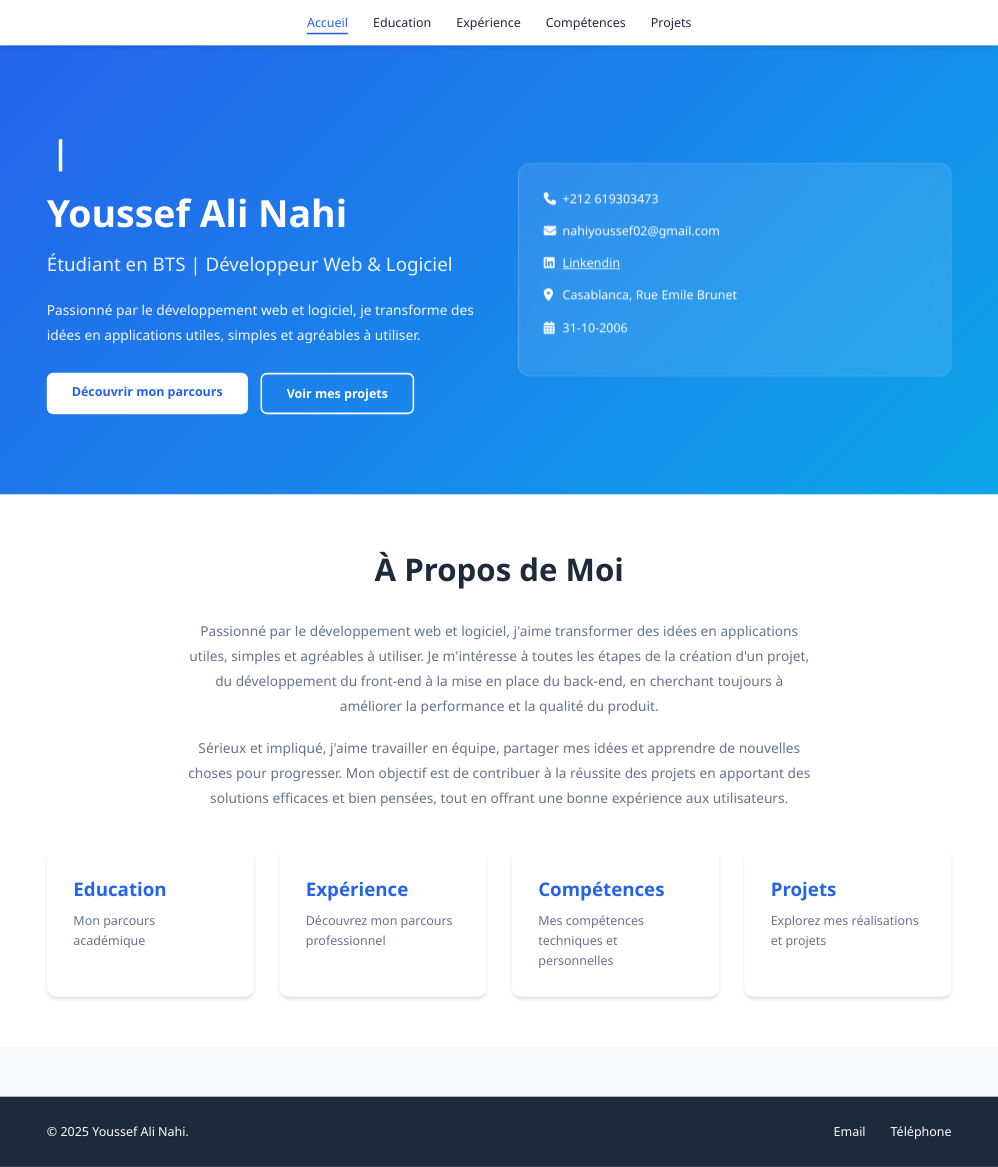
Repository: Youssef-Nahi504/My_Portfolio
Page: index.html
These files come from the project's save history. The page is drawn as it stood at one moment and after the next save; the edit follows.
The browser window is 1280 px wide. The pictures show the whole page, at 78% of full size.

Above is the page before, as saved 2025-12-21 13:58:35.

### index.html
<!DOCTYPE html>
<html lang="fr">

<head>
    <meta charset="UTF-8">
    <meta name="viewport" content="width=device-width, initial-scale=1.0">
    <title>Youssef Ali Nahi - Portfolio</title>
    <link rel="stylesheet" href="style.css">
    <link rel="stylesheet" href="https://cdnjs.cloudflare.com/ajax/libs/font-awesome/6.5.1/css/all.min.css">
</head>

<body>
    <nav class="navbar">
        <div class="nav-container">
            <ul class="nav-menu">
                <li><a href="index.html" class="active">Accueil</a></li>
                <li><a href="Education.html">Education</a></li>
                <li><a href="experience.html">Expérience</a></li>
                <li><a href="competences.html">Compétences</a></li>
                <li><a href="projets.html">Projets</a></li>
            </ul>
        </div>
    </nav>

    <main>
        <section class="hero">
            <div class="hero-content">
                <div class="hero-text">
                    <h1 id="typing-text"></h1>
                    <h1>Youssef Ali Nahi</h1>
                    <h2>Étudiant en BTS | Développeur Web & Logiciel</h2>
                    <p class="hero-subtitle">Passionné par le développement web et logiciel, je transforme des idées en
                        applications utiles, simples et agréables à utiliser.</p>
                    <div class="hero-buttons">
                        <a href="experience.html" class="btn btn-primary">Découvrir mon parcours</a>
                        <a href="projets.html" class="btn btn-secondary">Voir mes projets</a>
                    </div>
                </div>
                <div class="hero-image">
                    <div class="profile-card">
                        <div class="profile-info">
                            <p><i class="fa-solid fa-phone" style="width: 20px;"></i> +212 619303473</p>
                            <p> <i class="fa-solid fa-envelope" style="width: 20px;"></i> nahiyoussef02@gmail.com</p>
                            <p><i class="fa-brands fa-linkedin" style="width: 20px;"></i> <a href="https://www.linkedin.com/in/youssefalinahi02/" target="_blank" style="color: white;">Linkendin</a></p>
                            <p><i class="fa-solid fa-location-dot" style="width: 20px;"></i> Casablanca, Rue Emile Brunet</p>
                            <p><i class="fa-solid fa-calendar-days" style="width: 20px;"></i> 31-10-2006</p>

                        </div>
                    </div>
                </div>
            </div>
        </section>

        <section class="about">
            <div class="container">
                <h2 class="section-title">À Propos de Moi</h2>
                <div class="about-content">
                    <p>
                        Passionné par le développement web et logiciel, j'aime transformer des idées en applications
                        utiles, simples et agréables à utiliser. Je m'intéresse à toutes les étapes de la création d'un
                        projet, du développement du front-end à la mise en place du back-end, en cherchant toujours à
                        améliorer la performance et la qualité du produit.
                    </p>
                    <p>
                        Sérieux et impliqué, j'aime travailler en équipe, partager mes idées et apprendre de nouvelles
                        choses pour progresser. Mon objectif est de contribuer à la réussite des projets en apportant
                        des solutions efficaces et bien pensées, tout en offrant une bonne expérience aux utilisateurs.
                    </p>
                </div>
                <div class="quick-links">
                    <a href="Education.html" class="quick-link-card">
                        <h3>Education</h3>
                        <p>Mon parcours académique</p>
                    </a>

                    <a href="experience.html" class="quick-link-card">
                        <h3>Expérience</h3>
                        <p>Découvrez mon parcours professionnel</p>
                    </a>
                    <a href="competences.html" class="quick-link-card">
                        <h3>Compétences</h3>
                        <p>Mes compétences techniques et personnelles</p>
                    </a>
                    <a href="projets.html" class="quick-link-card">
                        <h3>Projets</h3>
                        <p>Explorez mes réalisations et projets</p>
                    </a>
                </div>
            </div>
        </section>
    </main>

    <footer>
        <div class="container">
            <p>&copy; 2025 Youssef Ali Nahi.</p>
            <div class="footer-links">
                <a href="mailto:nahiyoussef02@gmail.com">Email</a>
                <a href="tel:+212619303473">Téléphone</a>
            </div>
        </div>
    </footer>

    <script src="file.js"></script>
</body>

</html>

### style.css
* {
    margin: 0;
    padding: 0;
    box-sizing: border-box;
}

:root {
    --primary-color: #2563eb;
    --primary-dark: #1e40af;
    --secondary-color: #64748b;
    --accent-color: #0ea5e9;
    --text-dark: #1e293b;
    --text-light: #64748b;
    --bg-light: #f8fafc;
    --bg-white: #ffffff;
    --border-color: #e2e8f0;
    --shadow: 0 4px 6px -1px rgba(0, 0, 0, 0.1), 0 2px 4px -1px rgba(0, 0, 0, 0.06);
    --shadow-lg: 0 10px 15px -3px rgba(0, 0, 0, 0.1), 0 4px 6px -2px rgba(0, 0, 0, 0.05);
}

body {
    font-family: 'Segoe UI', Tahoma, Geneva, Verdana, sans-serif;
    line-height: 1.6;
    color: var(--text-dark);
    background-color: var(--bg-light);
}

.container {
    max-width: 1200px;
    margin: 0 auto;
    padding: 0 20px;
}

/* Navigation */
.navbar {
    background: var(--bg-white);
    box-shadow: var(--shadow);
    position: sticky;
    top: 0;
    z-index: 1000;
    padding: 1rem 0;
}

.nav-container {
    max-width: 1200px;
    margin: 0 auto;
    padding: 0 20px;
    display: flex;
  justify-content: center; /* horizontal */
  align-items: center;
}

.logo {
    font-size: 1.5rem;
    font-weight: bold;
    color: var(--primary-color);
    letter-spacing: 2px;
}

.nav-menu {
    display: flex;
    list-style: none;
    gap: 2rem;
}

.nav-menu a {
    text-decoration: none;
    color: var(--text-dark);
    font-weight: 500;
    transition: color 0.3s ease;
    position: relative;
}

.nav-menu a:hover,
.nav-menu a.active {
    color: var(--primary-color);
}

.nav-menu a.active::after {
    content: '';
    position: absolute;
    bottom: -5px;
    left: 0;
    width: 100%;
    height: 2px;
    background: var(--primary-color);
}

.hamburger {
    display: none;
    flex-direction: column;
    cursor: pointer;
    gap: 4px;
}

.hamburger span {
    width: 25px;
    height: 3px;
    background: var(--text-dark);
    transition: all 0.3s ease;
}

/* Hero Section */
.hero {
    background: linear-gradient(135deg, var(--primary-color) 0%, var(--accent-color) 100%);
    color: white;
    padding: 4rem 0;
    min-height: 80vh;
    display: flex;
    align-items: center;
}

.hero-content {
    max-width: 1200px;
    margin: 0 auto;
    padding: 0 20px;
    display: grid;
    grid-template-columns: 1fr 1fr;
    gap: 3rem;
    align-items: center;
}

#typing-text {
  font-size: 42px;
  font-weight: 700;
  color: #ffffff;
  min-height: 60px;
}

#typing-text::after {
  content: "|";
  margin-left: 6px;
  animation: blink 1s infinite;
}

@keyframes blink {
  0%, 50%, 100% { opacity: 1; }
  25%, 75% { opacity: 0; }
}

.hero-text h1 {
    font-size: 3rem;
    margin-bottom: 0.5rem;
    font-weight: 700;
}

.hero-text h2 {
    font-size: 1.5rem;
    margin-bottom: 1.5rem;
    opacity: 0.9;
    font-weight: 400;
}

.hero-subtitle {
    font-size: 1.1rem;
    margin-bottom: 2rem;
    opacity: 0.95;
    line-height: 1.8;
}

.hero-buttons {
    display: flex;
    gap: 1rem;
    flex-wrap: wrap;
}

.btn {
    padding: 0.75rem 2rem;
    border-radius: 8px;
    text-decoration: none;
    font-weight: 600;
    transition: all 0.3s ease;
    display: inline-block;
}

.btn-primary {
    background: white;
    color: var(--primary-color);
}

.btn-primary:hover {
    transform: translateY(-2px);
    box-shadow: var(--shadow-lg);
}

.btn-secondary {
    background: transparent;
    color: white;
    border: 2px solid white;
}

.btn-secondary:hover {
    background: white;
    color: var(--primary-color);
}

.profile-card {
    background: rgba(255, 255, 255, 0.1);
    backdrop-filter: blur(10px);
    border-radius: 16px;
    padding: 2rem;
    border: 1px solid rgba(255, 255, 255, 0.2);
}

.profile-info p {
    margin-bottom: 1rem;
    font-size: 1rem;
}

.profile-info strong {
    display: inline-block;
    width: 150px;
}

/* About Section */
.about {
    padding: 4rem 0;
    background: var(--bg-white);
}

.section-title {
    font-size: 2.5rem;
    margin-bottom: 2rem;
    text-align: center;
    color: var(--text-dark);
}

.about-content {
    max-width: 800px;
    margin: 0 auto 3rem;
    text-align: center;
}

.about-content p {
    font-size: 1.1rem;
    color: var(--text-light);
    margin-bottom: 1.5rem;
    line-height: 1.8;
}

.quick-links {
    display: grid;
    grid-template-columns: repeat(auto-fit, minmax(250px, 1fr));
    gap: 2rem;
    margin-top: 3rem;
}

.quick-link-card {
    background: var(--bg-white);
    padding: 2rem;
    border-radius: 12px;
    text-decoration: none;
    color: var(--text-dark);
    box-shadow: var(--shadow);
    transition: all 0.3s ease;
    border: 2px solid transparent;
}

.quick-link-card:hover {
    transform: translateY(-5px);
    box-shadow: var(--shadow-lg);
    border-color: var(--primary-color);
}

.quick-link-card h3 {
    color: var(--primary-color);
    margin-bottom: 0.5rem;
    font-size: 1.5rem;
}

.quick-link-card p {
    color: var(--text-light);
}

/* Page Header */
.page-header {
    background: linear-gradient(135deg, var(--primary-color) 0%, var(--accent-color) 100%);
    color: white;
    padding: 3rem 0;
    text-align: center;
}

.page-header h1 {
    font-size: 3rem;
    margin-bottom: 0.5rem;
}

.page-header p {
    font-size: 1.2rem;
    opacity: 0.9;
}

/* Experience Section */
.experience-section {
    padding: 4rem 0;
    background: var(--bg-white);
}

.timeline {
    position: relative;
    max-width: 900px;
    margin: 0 auto;
    padding: 2rem 0;
}

.timeline::before {
    content: '';
    position: absolute;
    left: 30px;
    top: 0;
    bottom: 0;
    width: 2px;
    background: var(--border-color);
}

.timeline-item {
    position: relative;
    margin-bottom: 3rem;
    padding-left: 80px;
}

.timeline-marker {
    position: absolute;
    left: 22px;
    top: 0;
    width: 16px;
    height: 16px;
    border-radius: 50%;
    background: var(--primary-color);
    border: 4px solid var(--bg-white);
    box-shadow: var(--shadow);
}

.timeline-content {
    background: var(--bg-white);
    padding: 2rem;
    border-radius: 12px;
    box-shadow: var(--shadow);
    transition: all 0.3s ease;
}

.timeline-content:hover {
    box-shadow: var(--shadow-lg);
    transform: translateX(5px);
}

.timeline-date {
    color: var(--primary-color);
    font-weight: 600;
    margin-bottom: 0.5rem;
    font-size: 0.9rem;
}

.timeline-content h3 {
    color: var(--text-dark);
    margin-bottom: 0.25rem;
    font-size: 1.5rem;
}

.timeline-content h4 {
    color: var(--text-light);
    margin-bottom: 1rem;
    font-weight: 500;
}

.timeline-content ul {
    list-style: none;
    padding-left: 0;
}

.timeline-content li {
    padding-left: 1.5rem;
    position: relative;
    margin-bottom: 0.5rem;
    color: var(--text-light);
}

.timeline-content li::before {
    content: '▸';
    position: absolute;
    left: 0;
    color: var(--primary-color);
}

/* Education Section */
.education-section {
    padding: 4rem 0;
    background: var(--bg-light);
}

.education-grid {
    display: grid;
    grid-template-columns: repeat(auto-fit, minmax(300px, 1fr));
    gap: 2rem;
    max-width: 900px;
    margin: 0 auto;
}

.education-card {
    background: var(--bg-white);
    padding: 2rem;
    border-radius: 12px;
    box-shadow: var(--shadow);
    transition: all 0.3s ease;
    border-top: 4px solid var(--primary-color);
}

.education-card:hover {
    transform: translateY(-5px);
    box-shadow: var(--shadow-lg);
}

.education-year {
    color: var(--primary-color);
    font-weight: 600;
    margin-bottom: 1rem;
    font-size: 0.9rem;
}

.education-card h3 {
    color: var(--text-dark);
    margin-bottom: 0.5rem;
    font-size: 1.3rem;
}

.education-card h4 {
    color: var(--text-light);
    margin-bottom: 1rem;
    font-weight: 500;
}

.education-institution {
    color: var(--text-light);
    font-style: italic;
}

/* Skills Section */
.skills-section {
    padding: 4rem 0;
    background: var(--bg-white);
}

.skills-category {
    margin-bottom: 4rem;
}

.category-title {
    font-size: 2rem;
    margin-bottom: 2rem;
    color: var(--text-dark);
    text-align: center;
}

.skills-grid {
    display: grid;
    grid-template-columns: repeat(auto-fit, minmax(250px, 1fr));
    gap: 2rem;
}

.skill-group {
    background: var(--bg-light);
    padding: 1.5rem;
    border-radius: 12px;
    border-top: 4px solid var(--primary-color);
}

.skill-group h3 {
    color: var(--text-dark);
    margin-bottom: 1rem;
    font-size: 1.2rem;
}

.skill-tags {
    display: flex;
    flex-wrap: wrap;
    gap: 0.5rem;
}

.skill-tag {
    background: transparent;
    color: var(--text-light);
    padding: 0;
    border-radius: 0;
    font-size: 1rem;
    font-weight: 500;
}

.soft-skills-grid {
    display: grid;
    grid-template-columns: repeat(auto-fit, minmax(200px, 1fr));
    gap: 1.5rem;
}

.soft-skill-card {
    background: linear-gradient(135deg, var(--primary-color) 0%, var(--accent-color) 100%);
    color: white;
    padding: 2rem;
    border-radius: 12px;
    text-align: center;
    transition: all 0.3s ease;
}

.soft-skill-card:hover {
    transform: translateY(-5px);
    box-shadow: var(--shadow-lg);
}

.soft-skill-card h3 {
    font-size: 1.2rem;
}

.languages-grid,
.interests-grid {
    display: grid;
    grid-template-columns: repeat(auto-fit, minmax(200px, 1fr));
    gap: 1.5rem;
}

.language-card,
.interest-card {
    background: var(--bg-white);
    padding: 2rem;
    border-radius: 12px;
    box-shadow: var(--shadow);
    text-align: center;
    transition: all 0.3s ease;
    border-top: 4px solid var(--primary-color);
}

.language-card:hover,
.interest-card:hover {
    transform: translateY(-5px);
    box-shadow: var(--shadow-lg);
}

.language-card h3,
.interest-card h3 {
    color: var(--text-dark);
    margin-bottom: 0.5rem;
    font-size: 1.3rem;
}

.language-card p {
    color: var(--text-light);
    font-weight: 500;
}

/* Projects Section */
.projects-section {
    padding: 4rem 0;
    background: var(--bg-white);
}

.projects-grid {
    display: grid;
    grid-template-columns: repeat(auto-fit, minmax(300px, 1fr));
    gap: 2rem;
}

.project-card {
    background: var(--bg-white);
    padding: 2rem;
    border-radius: 12px;
    box-shadow: var(--shadow);
    transition: all 0.3s ease;
    border-top: 4px solid var(--primary-color);
    position: relative;
}

.project-badge {
    position: absolute;
    top: 1rem;
    right: 1rem;
    background: linear-gradient(135deg, var(--primary-color) 0%, var(--accent-color) 100%);
    color: white;
    padding: 0.4rem 0.8rem;
    border-radius: 20px;
    font-size: 0.75rem;
    font-weight: 600;
    text-transform: uppercase;
    letter-spacing: 0.5px;
}

.project-card:hover {
    transform: translateY(-5px);
    box-shadow: var(--shadow-lg);
}

.project-icon {
    font-size: 3rem;
    margin-bottom: 1rem;
}

.project-card h3 {
    color: var(--text-dark);
    margin-bottom: 0.75rem;
    font-size: 1.4rem;
}

.project-tech {
    color: var(--primary-color);
    font-weight: 600;
    margin-bottom: 1rem;
    font-size: 0.9rem;
}

.project-description {
    color: var(--text-light);
    line-height: 1.7;
}

/* Footer */
footer {
    background: var(--text-dark);
    color: white;
    padding: 2rem 0;
    margin-top: 4rem;
}

footer .container {
    display: flex;
    justify-content: space-between;
    align-items: center;
    flex-wrap: wrap;
    gap: 1rem;
}

.footer-links {
    display: flex;
    gap: 2rem;
}

.footer-links a {
    color: white;
    text-decoration: none;
    transition: color 0.3s ease;
}

.footer-links a:hover {
    color: var(--accent-color);
}

/* Responsive Design */
@media (max-width: 768px) {
    .hamburger {
        display: flex;
    }

    .nav-menu {
        position: fixed;
        left: -100%;
        top: 70px;
        flex-direction: column;
        background: var(--bg-white);
        width: 100%;
        text-align: center;
        transition: 0.3s;
        box-shadow: var(--shadow);
        padding: 2rem 0;
        gap: 0;
    }

    .nav-menu.active {
        left: 0;
    }

    .nav-menu li {
        margin: 1rem 0;
    }

    .hero-content {
        grid-template-columns: 1fr;
        text-align: center;
    }

    .hero-text h1 {
        font-size: 2rem;
    }

    .hero-text h2 {
        font-size: 1.2rem;
    }

    .section-title {
        font-size: 2rem;
    }

    .page-header h1 {
        font-size: 2rem;
    }

    .timeline::before {
        left: 15px;
    }

    .timeline-item {
        padding-left: 50px;
    }

    .timeline-marker {
        left: 7px;
    }

    .quick-links {
        grid-template-columns: 1fr;
    }

    footer .container {
        flex-direction: column;
        text-align: center;
    }
}

@media (max-width: 480px) {
    .hero {
        padding: 2rem 0;
        min-height: auto;
    }

    .hero-text h1 {
        font-size: 1.5rem;
    }

    .btn {
        padding: 0.6rem 1.5rem;
        font-size: 0.9rem;
    }

    .projects-grid,
    .education-grid {
        grid-template-columns: 1fr;
    }
}

### file.js
// Mobile Navigation Toggle
const hamburger = document.querySelector('.hamburger');
const navMenu = document.querySelector('.nav-menu');

if (hamburger && navMenu) {
    hamburger.addEventListener('click', () => {
        navMenu.classList.toggle('active');

        // Animate hamburger
        const spans = hamburger.querySelectorAll('span');
        if (navMenu.classList.contains('active')) {
            spans[0].style.transform = 'rotate(45deg) translate(5px, 5px)';
            spans[1].style.opacity = '0';
            spans[2].style.transform = 'rotate(-45deg) translate(7px, -6px)';
        } else {
            spans[0].style.transform = 'none';
            spans[1].style.opacity = '1';
            spans[2].style.transform = 'none';
        }
    });

    // Close menu when clicking on a link
    document.querySelectorAll('.nav-menu a').forEach(link => {
        link.addEventListener('click', () => {
            navMenu.classList.remove('active');
            const spans = hamburger.querySelectorAll('span');
            spans[0].style.transform = 'none';
            spans[1].style.opacity = '1';
            spans[2].style.transform = 'none';
        });
    });

    // Close menu when clicking outside
    document.addEventListener('click', (e) => {
        if (!hamburger.contains(e.target) && !navMenu.contains(e.target)) {
            navMenu.classList.remove('active');
            const spans = hamburger.querySelectorAll('span');
            spans[0].style.transform = 'none';
            spans[1].style.opacity = '1';
            spans[2].style.transform = 'none';
        }
    });
}

// Smooth scroll for anchor links
document.querySelectorAll('a[href^="#"]').forEach(anchor => {
    anchor.addEventListener('click', function (e) {
        e.preventDefault();
        const target = document.querySelector(this.getAttribute('href'));
        if (target) {
            target.scrollIntoView({
                behavior: 'smooth',
                block: 'start'
            });
        }
    });
});

// Add scroll animation
const observerOptions = {
    threshold: 0.1,
    rootMargin: '0px 0px -50px 0px'
};

const observer = new IntersectionObserver((entries) => {
    entries.forEach(entry => {
        if (entry.isIntersecting) {
            entry.target.style.opacity = '1';
            entry.target.style.transform = 'translateY(0)';
        }
    });
}, observerOptions);

// Observe elements for animation
document.addEventListener('DOMContentLoaded', () => {
    const animateElements = document.querySelectorAll('.project-card, .education-card, .timeline-item, .skill-group, .soft-skill-card, .language-card, .interest-card, .quick-link-card');

    animateElements.forEach(el => {
        el.style.opacity = '0';
        el.style.transform = 'translateY(20px)';
        el.style.transition = 'opacity 0.6s ease, transform 0.6s ease';
        observer.observe(el);
    });
});

// Add active page highlighting
document.addEventListener('DOMContentLoaded', () => {
    const currentPage = window.location.pathname.split('/').pop() || 'index.html';
    const navLinks = document.querySelectorAll('.nav-menu a');

    navLinks.forEach(link => {
        const linkPage = link.getAttribute('href');
        if (linkPage === currentPage || (currentPage === '' && linkPage === 'index.html')) {
            link.classList.add('active');
        } else {
            link.classList.remove('active');
        }
    });
});

After the next save:
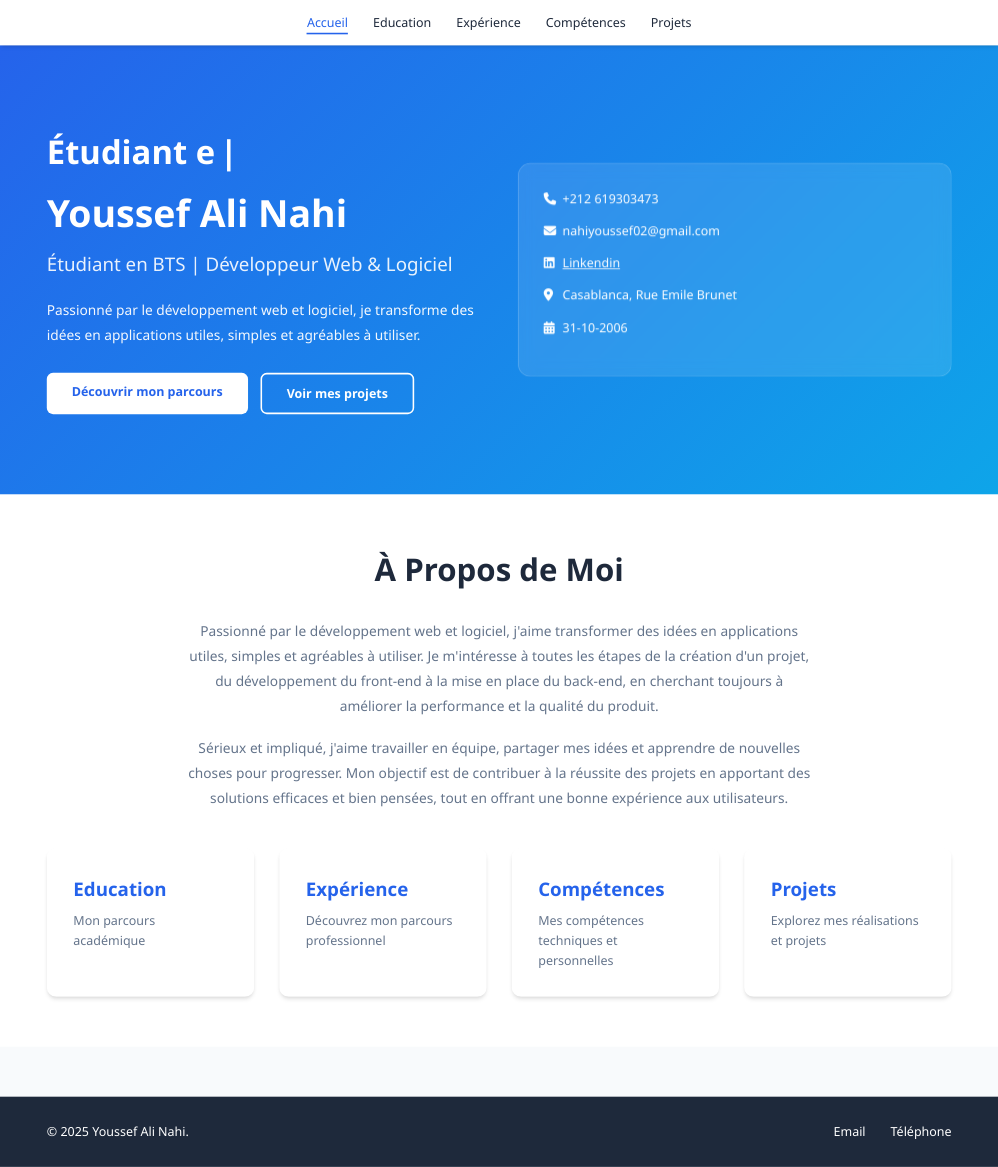
Saved 11 s later.
--- a/file.js
+++ b/file.js
@@ -97,3 +97,40 @@ document.addEventListener('DOMContentLoaded', () => {
         }
     });
 });
+
+const texts = [
+  "Youssef Ali Nahi",
+  "Étudiant en BTS",
+  "Développeur Web & Logiciel"
+];
+
+let textIndex = 0;
+let charIndex = 0;
+let isDeleting = false;
+
+const typingElement = document.getElementById("typing-text");
+
+function typeEffect() {
+  const currentText = texts[textIndex];
+
+  if (!isDeleting) {
+    typingElement.textContent = currentText.substring(0, charIndex + 1);
+    charIndex++;
+
+    if (charIndex === currentText.length) {
+      setTimeout(() => isDeleting = true, 1200);
+    }
+  } else {
+    typingElement.textContent = currentText.substring(0, charIndex - 1);
+    charIndex--;
+
+    if (charIndex === 0) {
+      isDeleting = false;
+      textIndex = (textIndex + 1) % texts.length;
+    }
+  }
+
+  setTimeout(typeEffect, isDeleting ? 50 : 100);
+}
+
+typeEffect();
